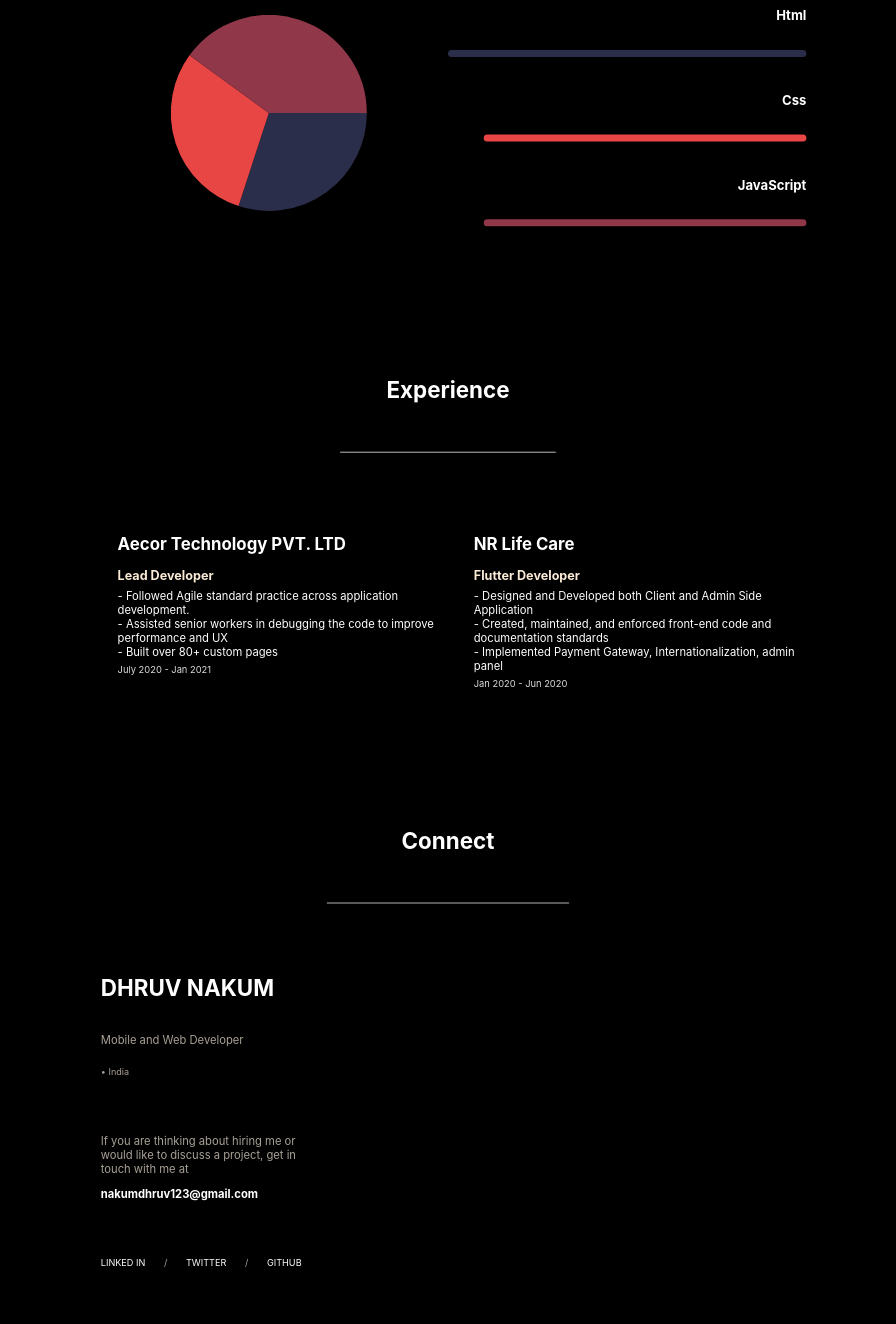
Repository: red-star25/next-portfolio
Page: /
The author's editor kept a copy of each file at every save. The page is drawn from the files as they stood at one save, then again after the next save.
The browser window is 1280 px wide. The pictures show the part of the page from y = 3786 to 5706 px (the page is 5677 px tall before and 5706 px after), at 70% of full size.
The project was rebuilt for these pictures with package versions that can differ from the ones it lists, and the page was loaded fresh each time. The framework's server and built-in components were replaced by stand-ins that run in the browser.

Above is the page before, as saved 2023-11-06 11:30:12.

### styles/globals.css
@import url("https://fonts.googleapis.com/css2?family=Ubuntu&display=swap");

html,
body {
  scroll-behavior: smooth;

  padding: 0;
  margin: 0;
  font-family: -apple-system, BlinkMacSystemFont, "Ubuntu", Segoe UI, Roboto,
    Oxygen, Ubuntu, Cantarell, Fira Sans, Droid Sans, Helvetica Neue, sans-serif;
}

a {
  color: inherit;
  text-decoration: none;
}

* {
  box-sizing: border-box;
  background-color: black;
}

/* width */
::-webkit-scrollbar {
  width: 15px;
}

/* Track */
::-webkit-scrollbar-track {
  background: white;
}

/* Handle */
::-webkit-scrollbar-thumb {
  background: grey;
}

/* Handle on hover */
::-webkit-scrollbar-thumb:hover {
  background: #555;
}

### styles/App.module.css
.app {
  width: 100%;
  overflow: hidden;
}

.app__home {
  margin-top: 4em;
  height: 70vh;
  width: 100%;
  display: flex;
  align-items: center;
  justify-content: flex-start;
}

.app__scrollDownIndicator {
  display: flex;
  justify-content: center;
  align-items: center;
  padding: 1em 0;
  background-color: black;
  margin-top: 5em;
}
.app__scrollDownIndicator > img {
  height: 30px;
  width: 30px;
}

@media only screen and (max-width: 520px) {
  .app__scrollDownIndicator {
    margin-top: 1em;
  }
}

### component/Home/Home.jsx
import React from "react";
import styles from "../../styles/Home.module.css";

import { motion } from "framer-motion";

function Home() {
  return (
    <div className={styles.home}>
      <motion.div
        className={styles.home__left}
        animate={{
          x: 0,
          opacity: 1,
          transition: {
            duration: 0.5,
            type: "tween",
          },
        }}
        initial={{
          opacity: 0,
          x: -100,
        }}
      >
        <div className={styles.home__title}>
          <h1>
            Hello, I'm Dhruv
            <br />
            Nakum
          </h1>
        </div>
        <div className={styles.home__subtitle}>
          <p>Mobile and Web Developer from India.</p>
        </div>
        <div style={{ marginTop: "2em" }}></div>
        <div className={styles.resume_btn}>
          <a href="https://drive.google.com/file/d/1vIg0jRUwXptqm2S09jY5MFjWA6coCvS4/view?usp=sharing" download="Dhruv's Resume" target="_blank" rel="noreferrer">Download Resume</a>
        </div>
        <div style={{ marginTop: "2em" }}></div>
        <div className={styles.blog_btn}>
          <a href="https://dhruvnakum.xyz" target="_blank" rel="noreferrer">Visit Blog ↗</a>
        </div>
        <div className={styles.separator}></div>
        <div className={styles.home__subtitle2}>
          <p>See the projects below, or check out some</p>
        </div>
      </motion.div>
      <motion.div
        className={styles.home__right}
        animate={{
          opacity: 1,
          transition: {
            duration: 1,
            type: "tween",
          },
        }}
        initial={{
          opacity: 0,
        }}
      >
        <img src="/images/b&w.png" alt="" />
      </motion.div>
    </div>
  );
}

export default Home;

### component/Skills/Skills.jsx
import React, { useEffect } from "react";
import styles from "../../styles/Skills.module.css";
import { PieChart } from "react-minimal-pie-chart";
import Aos from "aos";
import "aos/dist/aos.css";

function Skills() {
  const skillsData = [
    {
      title: "Flutter",
      color: "#E38627",
      value: 20,
      width: "100%",
    },
    {
      title: "Dart",
      color: "#C13C37",
      value: 15,
      width: "90%",
    },
    {
      title: "React.js",
      color: "#6A2135",
      value: 10,
      width: "80%",
    },
  ];
  const skillsData2 = [
    {
      title: "Html",
      color: "#2b2e4a",
      value: 30,
      width: "100%",
    },
    {
      title: "Css",
      color: "#e84545",
      value: 30,
      width: "90%",
    },
    {
      title: "JavaScript",
      color: "#903749",
      value: 40,
      width: "90%",
    },
  ];

  useEffect(() => {
    Aos.init({ duration: 1500 });
  }, []);
  return (
    <div className={styles.skills}>
      <h1 data-aos="zoom-in">Skills</h1>
      <div data-aos="zoom-in" className={styles.skills__seperator}></div>
      <div className={styles.skills__main1}>
        <div data-aos="fade-right" className={styles.skillsMain__left}>
          {skillsData.map((skill) => {
            return (
              <div className={styles.skillMain__item}>
                <h3>{skill.title}</h3>
                <div
                  className={styles.skillMain__counter}
                  style={{ width: skill.width, backgroundColor: skill.color }}
                ></div>
              </div>
            );
          })}
        </div>
        <div data-aos="fade-left" className={styles.skillsMain__right}>
          <PieChart className={styles.pie_chart} data={skillsData} />;
        </div>
      </div>
      <div className={styles.skills__main2}>
        <div data-aos="fade-right" className={styles.skillsMain__left}>
          <PieChart className={styles.pie_chart} data={skillsData2} />;
        </div>
        <div data-aos="fade-left" className={styles.skillsMain__right}>
          {skillsData2.map((skill) => {
            return (
              <div className={styles.skillMain2__item}>
                <h3>{skill.title}</h3>
                <div
                  className={styles.skillMain__counter}
                  style={{ width: skill.width, backgroundColor: skill.color }}
                ></div>
              </div>
            );
          })}
        </div>
      </div>
    </div>
  );
}

export default Skills;

### component/Connect/Connect.jsx
import React, { useEffect } from "react";
import styles from "../../styles/Connect.module.css";
import Aos from "aos";
import "aos/dist/aos.css";
function Connect() {
  useEffect(() => {
    Aos.init({ duration: 1000 });
  }, []);
  return (
    <div className={styles.connect}>
      <h1 data-aos="zoom-in">Connect</h1>
      <div data-aos="zoom-in" className={styles.connect__seperator}></div>
      <div className={styles.connect__details}>
        <div data-aos="fade-right" className={styles.connectDetails__1}>
          <h1 id={styles.name}>DHRUV NAKUM</h1>
          <p id={styles.profession}>Mobile and Web Developer</p>
          <span id={styles.residency}>• India</span>
        </div>
        <div data-aos="fade-right" className={styles.connectDetails__2}>
          <p id={styles.connectText}>
            If you are thinking about hiring me or would like to discuss a
            project, get in touch with me at
          </p>
          <p id={styles.email}>nakumdhruv123@gmail.com</p>
        </div>
        <div className={styles.connect__social}>
          <a
            href="https://www.linkedin.com/in/dhruv-nakum-4b1054176/"
            target="_blank"
          >
            LINKED IN
          </a>
          <p>/</p>

          <a href="https://twitter.com/dhruv_nakum" target="_blank">
            TWITTER
          </a>
          <p>/</p>

          <a href="https://github.com/red-star25" target="_blank">
            GITHUB
          </a>
        </div>
      </div>
    </div>
  );
}

export default Connect;

### component/Experience/Experience.js
import React, { useEffect } from "react";
import styles from "../../styles/Experience.module.css";
import Aos from "aos";
import "aos/dist/aos.css";
function Experience() {
  useEffect(() => {
    Aos.init({ duration: 1000 });
  }, []);
  return (
    <div className={styles.experience}>
      <h1 data-aos="zoom-in">Experience</h1>
      <div data-aos="zoom-in" className={styles.experience__seperator}></div>
      <div className={styles.experience__data}>
        <ul data-aos="zoom-in" className={styles.company__info}>
          <h2 className={styles.company__name}>Aecor Technology PVT. LTD</h2>
          <li className={styles.company__position}>Lead Developer</li>
          <li>
            - Followed Agile standard practice across application development.
          </li>
          <li>
            - Assisted senior workers in debugging the code to improve
            performance and UX
          </li>
          <li>- Built over 80+ custom pages</li>
          <li className={styles.company__duration}>July 2020 - Jan 2021</li>
        </ul>
        <ul data-aos="zoom-in" className={styles.company__info}>
          <h2 className={styles.company__name}>NR Life Care</h2>
          <li className={styles.company__position}>Flutter Developer</li>
          <li>
            - Designed and Developed both Client and Admin Side Application
          </li>
          <li>
            - Created, maintained, and enforced front-end code and documentation
            standards
          </li>
          <li>
            - Implemented Payment Gateway, Internationalization, admin panel
          </li>
          <li className={styles.company__duration}>Jan 2020 - Jun 2020</li>
        </ul>
      </div>
    </div>
  );
}

export default Experience;

### styles/Header.module.css
@import url("https://fonts.googleapis.com/css2?family=Pacifico&display=swap");

.header {
  display: flex;
  justify-content: space-between;
  align-items: center;
  width: 100%;
  height: 12vh;
  position: fixed;
  background-color: transparent;
  z-index: 99;
}

h1.header__logo {
  color: white;
  font-size: 3.5rem;
  margin-left: 1em;
  font-family: "Pacifico", cursive;
  background-color: transparent;
}

.header__links {
  background-color: transparent;
}

.header__links > a {
  width: fit-content;
  text-decoration: none;
  color: white;
  padding: 0.5em 2.5em;
  margin: 0 0.5em;
  transition: 0.5s;
  background-color: transparent;
  border-radius: 10px;
}

.header__links :hover {
  background-color: white;
  color: black;
  border-radius: 10px;
}

#selectedLink {
  background-color: white;
  color: black;
}

.header__mobile__links {
  display: none;
}

@media only screen and (max-width: 520px) {
  h1.header__logo {
    font-size: 3.5rem;
  }
  .header {
    z-index: unset;
  }
}

@media only screen and (max-width: 880px) {
  .header {
    position: unset;
    z-index: unset;
  }
  .header__mob {
    margin-left: -1em;
    margin-top: -1em;
    height: 100vh;
    flex-direction: column;
    display: flex;
    justify-content: center;
    align-items: center;
    width: 100%;
  }

  .header__mobile__links {
    display: flex;
    justify-content: center;
    align-items: center;
    width: 100%;
    flex-direction: column;
    clip-path: circle(100px at 90% -10%);
    -webkit-clip-path: circle(100px at 90% -10%);
    transition: all 1s ease-out;
  }

  .header__mobile__links.open {
    clip-path: circle(1000px at 90% -10%);
    -webkit-clip-path: circle(1000px at 90% -10%);
  }

  .menuLinks > ul {
    list-style-type: none;
  }

  .menuLinks li {
    color: white;
    font-size: 1rem;
    text-align: center;
    margin: 4.5em 0px;
    transition: 0.3s;
  }

  .menuLinks > ul > li :hover {
    color: black;
    background-color: white;
  }

  .header__logo__center > img {
    align-self: flex-end;
    margin-right: 5em;
  }

  .header__logo__mob {
    display: none;
  }

  .header__mobile__links > img {
    height: 30px;
    width: 30px;
  }

  .header__links {
    display: none;
  }

  #selectedLink {
    background-color: white;
    color: black;
    margin: 0em 2em;
    border-radius: 10px;
  }

  .menuLinks a {
    width: fit-content;
    text-decoration: none;
    color: white;
    padding: 0.2em 2em;
    margin: 0 0.5em;
    transition: 0.5s;
    background-color: black;
    border-radius: 10px;
    font-size: 2rem;
  }
}

### styles/Home.module.css
.home {
  margin: 2em 0em 0em 5em;
  padding: 1em;
  display: flex;
  height: 100%;
  width: 100%;
}

.home__title > h1 {
  color: white;
  font-size: 4em;
}

.home__subtitle > p {
  padding-top: 1em;
  color: #a8a196;
}

.home__subtitle2 > p {
  padding-top: 2em;
  color: #a8a196;
  font-size: 0.8rem;
}

.separator {
  margin-top: 3em;
  border-top: 2px solid #a8a196;
  width: 50px;
}

.home__left {
  height: 100%;
  display: flex;
  width: 50%;
  align-items: flex-start;
  justify-content: center;
  flex-direction: column;
}
.home__right {
  width: 50%;
  display: flex;
  align-items: center;
  justify-content: center;
}

.home__right > img {
  width: 50%;
  border-radius: 150px;
}

.resume_btn > a {
  width: fit-content;
  text-decoration: none;
  color: rgba(255, 255, 255, 0.786);
  padding: 0.5em 2.5em;
  transition: 0.5s;
  background-color: rgba(245, 245, 245, 0.233);
  border-radius: 10px;
}

.resume_btn :hover {
  background-color: white;
  color: black;
  border-radius: 10px;
  cursor: pointer;
}
.blog_btn > a {
  width: fit-content;
  text-decoration: none;
  color: rgba(255, 255, 255, 0.786);
  padding: 0.5em 2.5em;
  transition: 0.5s;
  background-color: rgba(245, 245, 245, 0.233);
  border-radius: 10px;
}

.blog_btn :hover {
  background-color: white;
  color: black;
  border-radius: 10px;
  cursor: pointer;
}

@media only screen and (max-width: 520px) {
  .home {
    margin-left: 3em;
    margin-top: -3em;
  }

  .home__left {
    width: 100%;
  }

  .home__right {
    display: none;
  }
}

@media only screen and (max-width: 880px) {
  .home__left {
    width: 100%;
  }

  .home__right {
    display: none;
  }
}

### styles/Project.module.css
.project {
  display: flex;
  flex-direction: column;
  align-items: center;
  justify-content: center;
}

.project > h1 {
  padding-top: 1em;
  color: white;
  align-self: center;
}

.projectCard {
  height: 150px;
  width: 250px;
  border-radius: 10px;
  padding: 0.3em;
  margin-right: 2em;
  /* margin-bottom: 1em; */
  -webkit-box-shadow: 0px -3px 17px -4px rgba(255, 136, 0, 1);
  -moz-box-shadow: 0px -3px 17px -4px rgba(255, 136, 0, 1);
  box-shadow: 0px -3px 17px -4px rgba(255, 136, 0, 1);
}

.project__seperator {
  width: 30%;
  border-top: 1px solid white;
  margin-top: 3em;
  margin-bottom: 5em;
}

.project__listOfProject {
  margin-top: 4em;
  display: flex;
  flex-wrap: wrap;
  justify-content: center;
}

.project__web,
.project__mobile > h2 {
  color: white;
}

.project__web {
  display: flex;
  flex-direction: column;
  justify-content: center;
  align-items: center;
  width: 90%;
}

.project__mobile {
  margin-top: 5em;
  width: 90%;
  display: flex;
  flex-direction: column;
  justify-content: center;
  align-items: center;
}

.projectCard__main {
  margin-bottom: 1em;
  display: flex;
  flex-direction: column;
}

.projectCard__title > h2 {
  color: white;
  width: 250px;
}

.projectCard__subTitle {
  color: #a8a196;
  width: 250px;
  margin-top: -1em;
}

### styles/Skills.module.css
.skills {
  display: flex;
  flex-direction: column;
  align-items: center;
  justify-content: center;
  margin-top: 5em;
  margin-bottom: 10em;
  margin-left: auto;
  margin-right: auto;
  width: 80%;
}

.skills > h1 {
  color: white;
}

.skills__seperator {
  width: 30%;
  border-top: 1px solid white;
  margin-top: 3em;
  margin-bottom: 5em;
}

.skillMain__item {
  padding-bottom: 2em;
  display: flex;
  flex-direction: column;
  width: 100%;
}

.skillMain2__item {
  align-items: flex-end;
  padding-bottom: 2em;
  display: flex;
  flex-direction: column;
  width: 100%;
}

.skillMain__item > h3,
.skillMain2__item > h3 {
  color: white;
  margin-bottom: 2em;
}

.skills__main1,
.skills__main2 {
  display: flex;
  width: 100%;
}

.skills__main2 {
  margin-top: 5em;
}

.skillsMain__left {
  width: 50%;
  margin: auto;
}
.skillsMain__right {
  width: 50%;
  margin: auto;
}
.skillMain__counter {
  height: 10px;
  width: 70%;
  background-color: red;
  border-radius: 10px;
}

.pie_chart {
  width: 100%;
  height: 280px;
}

@media only screen and (max-width: 720px) {
  .pie_chart {
    height: 200px;
  }
}
@media only screen and (max-width: 520px) {
  .skills__main1,
  .skills__main2 {
    display: flex;
    flex-direction: column;
  }

  .skills__main1 {
    flex-direction: column-reverse;
  }

  .skillsMain__left,
  .skillsMain__right {
    width: 70%;
  }

  .skillMain2__item {
    align-items: flex-start;
  }
  .skills {
    width: 100%;
  }
}

### styles/Connect.module.css
.connect {
  display: flex;
  flex-direction: column;
  width: 90%;
  margin: auto;
}

.connect > h1 {
  color: white;
  align-self: center;
}

.connect__seperator {
  width: 30%;
  align-self: center;
  border-top: 1px solid white;
  margin-top: 3em;
  margin-bottom: 5em;
}

#name {
  color: white;
  padding-bottom: 0.7em;
}
#profession {
  color: #a8a196;
  padding-bottom: 0.5em;
}

#residency {
  font-size: small;
  margin-top: 2em;
  color: #a8a196;
}

.connectDetails__1,
.connectDetails__2 {
  margin-bottom: 5em;
  margin-left: 5em;
}

#connectText {
  color: #a8a196;
  width: 30%;
  margin-bottom: 1em;
}

#email,
#mobile {
  color: white;
  font-weight: bold;
}

.connect__social {
  margin-bottom: 5em;
  display: flex;
  margin-left: 5em;
}

.connect__social > a {
  text-decoration: none;
  color: white;
  font-size: small;
}

.connect__social > p {
  margin: 0px 2em;
  color: #a8a196;
  font-size: smaller;
}

@media only screen and (max-width: 520px) {
  #connectText {
    width: 90%;
  }

  .connectDetails__1,
  .connectDetails__2 {
    margin-left: 3em;
  }

  .connect__social > p {
    margin: 0px 1em;
  }
  .connect__social {
    margin-left: 3em;
  }
}

### styles/Experience.module.css
.experience {
  display: flex;
  flex-direction: column;
  align-items: center;
  justify-content: center;
  margin-top: 5em;
  margin-bottom: 10em;
  margin-left: auto;
  margin-right: auto;
  width: 80%;
  color: white;
  list-style: none;
}

.experience > h1 {
  color: white;
}

.experience__seperator {
  width: 30%;
  border-top: 1px solid white;
  margin-top: 3em;
  margin-bottom: 5em;
}

.experience__data {
  display: flex;
}

.experience__data > ul {
  list-style: none;
}

.company__position {
  font-weight: bold;
  font-size: large;
  margin-bottom: 0.5em;
  color: antiquewhite;
}

.company__duration {
  color: gainsboro;
  font-size: smaller;
  margin-top: 0.5em;
}

@media only screen and (max-width: 520px) {
  .experience__data {
    flex-direction: column;
  }
}

@media only screen and (max-width: 720px) {
  .experience__data {
    flex-direction: column;
  }
}

Loaded but not shown: pages/_app.js (common file); pages/index.js (43 lines, source omitted); component/Project/Project.jsx (241 lines, source omitted); component/Header/Header.jsx (230 lines, source omitted)

After the next save:
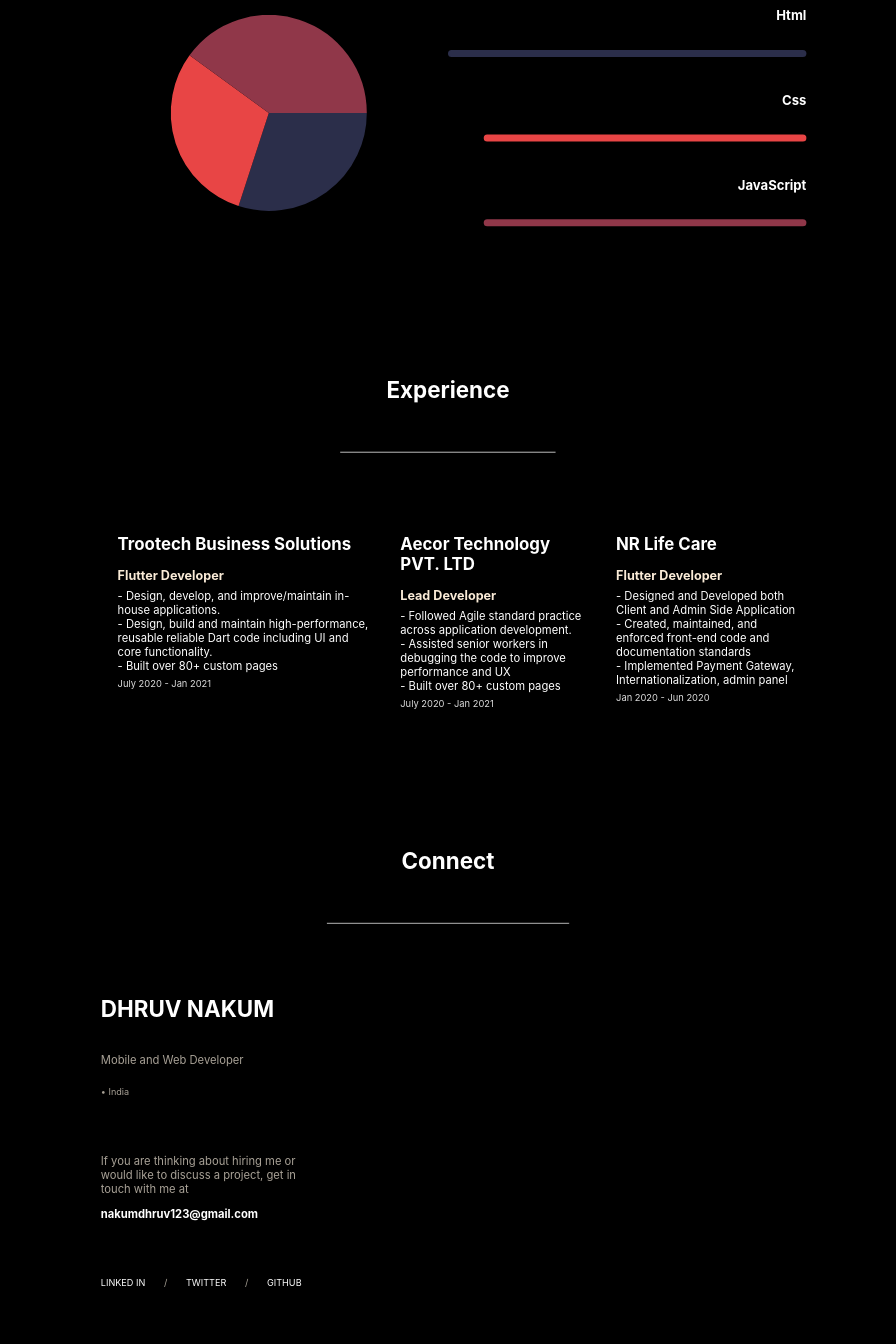
Saved 112 s later.
--- a/component/Experience/Experience.js
+++ b/component/Experience/Experience.js
@@ -1,7 +1,7 @@
+import Aos from "aos";
+import "aos/dist/aos.css";
 import React, { useEffect } from "react";
 import styles from "../../styles/Experience.module.css";
-import Aos from "aos";
-import "aos/dist/aos.css";
 function Experience() {
   useEffect(() => {
     Aos.init({ duration: 1000 });
@@ -11,6 +11,19 @@
       <h1 data-aos="zoom-in">Experience</h1>
       <div data-aos="zoom-in" className={styles.experience__seperator}></div>
       <div className={styles.experience__data}>
+      <ul data-aos="zoom-in" className={styles.company__info}>
+          <h2 className={styles.company__name}>Trootech Business Solutions</h2>
+          <li className={styles.company__position}>Flutter Developer</li>
+          <li>
+          - Design, develop, and improve/maintain in-house applications.
+          </li>
+          <li>
+          - Design, build and maintain high-performance, reusable reliable Dart
+code including UI and core functionality.
+          </li>
+          <li>- Built over 80+ custom pages</li>
+          <li className={styles.company__duration}>July 2020 - Jan 2021</li>
+        </ul>
         <ul data-aos="zoom-in" className={styles.company__info}>
           <h2 className={styles.company__name}>Aecor Technology PVT. LTD</h2>
           <li className={styles.company__position}>Lead Developer</li>
